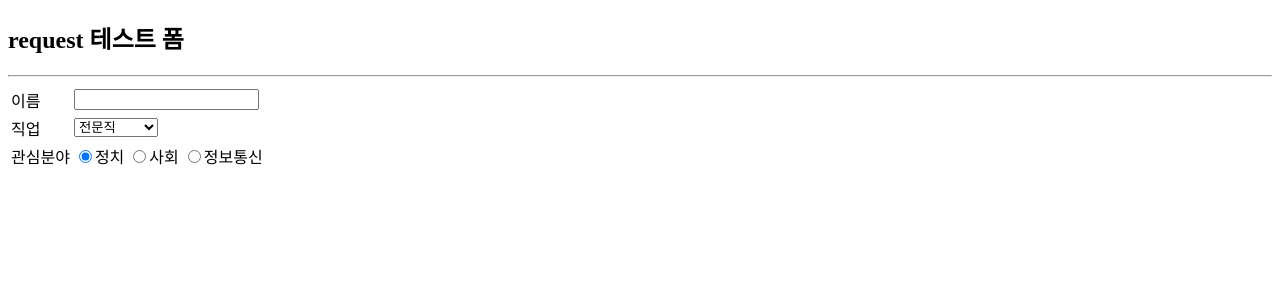
Repository: jemin7709/InternetProgramming2
Page: Pj/WebContent/request_test.html
The author's editor kept a copy of each file at every save. The page is drawn from the files as they stood at one save, then again after the next save.
The browser window is 1280 px wide. The pictures show the whole page.

Above is the page before, as saved 2021-05-13 12:04:59.

After the next save:
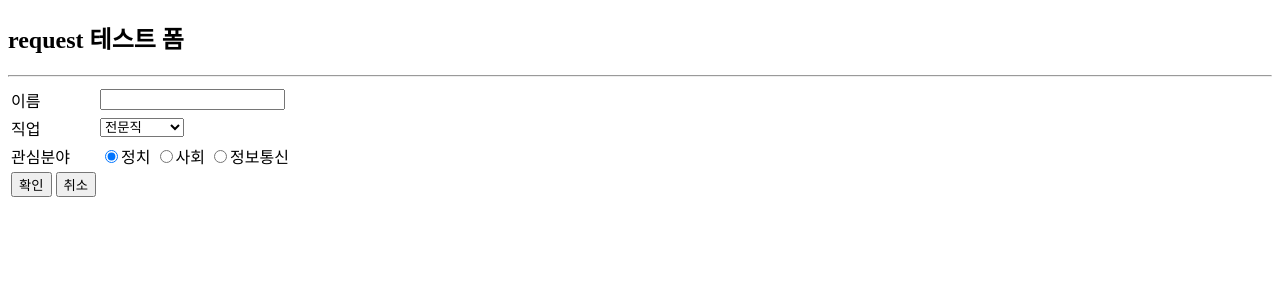
Saved 81 s later.
--- a/Pj/WebContent/request_test.html
+++ b/Pj/WebContent/request_test.html
@@ -28,6 +28,13 @@
 				<input type="radio" name="category" value="사회">사회
 				<input type="radio" name="category" value="정보통신">정보통신
 			</td>
+		</tr>
+		<tr>
+			<td>
+				<input type="submit" value="확인">
+				<input type="reset" value="취소">
+			</td>
+		</tr>
 	</tbody>
 </table>
 </body>
